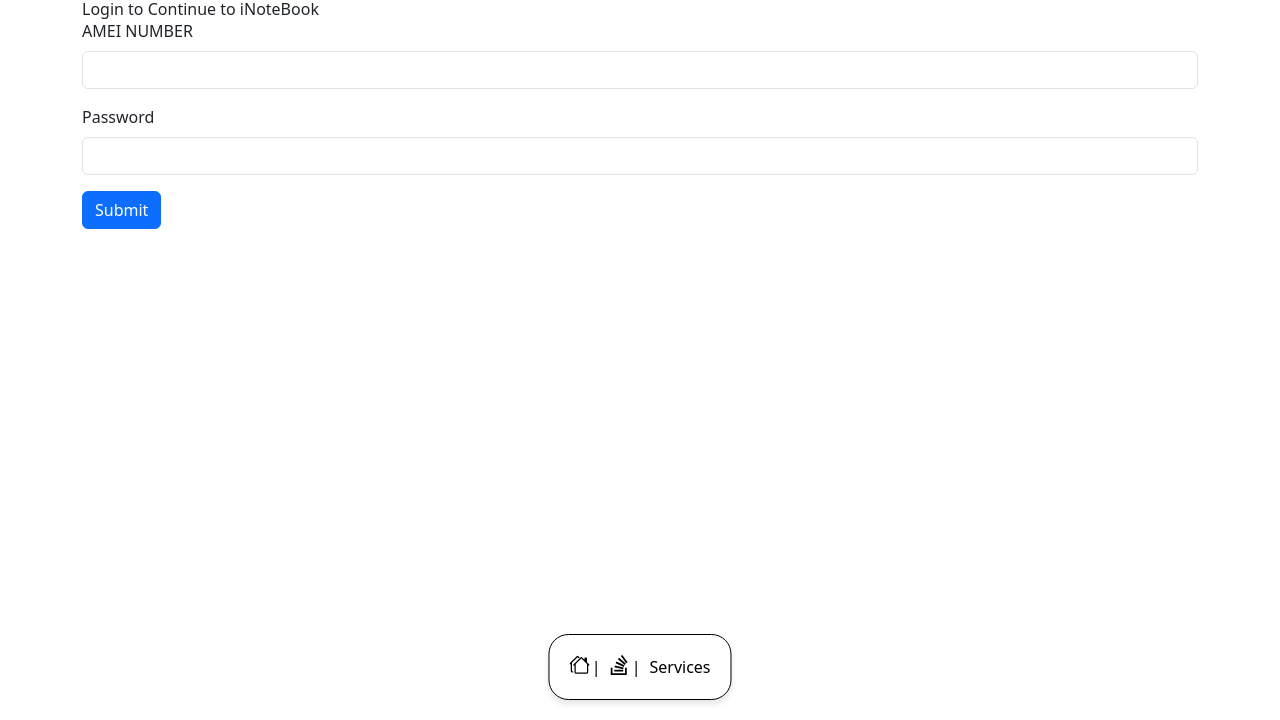
Repository: shash0708/GMR-Lines
Page: /login (app in frontend/)
These files come from the project's save history. The page is drawn as it stood at one moment and after the next save; the edit follows.
The browser window is 1280 px wide. The pictures show the whole page.
The page's requests for data from a server got no answer. The project was rebuilt for these pictures with package versions that can differ from the ones it lists, and the page was loaded fresh each time. No one was signed in, and anything a server would have sent is missing. Also part of the build but not shown: frontend/src/components/Buttons/Buttons.component.jsx, frontend/src/components/Home/Home.component.jsx, frontend/src/components/Form/Form.css, frontend/src/components/speedDail/SpeedDail.component.jsx, frontend/src/components/Form/Form.component.jsx, frontend/src/components/Card/Card.jsx, frontend/src/components/Card/Card.css, frontend/src/components/Card/Card.component.jsx and 4 more.

Above is the page before, as saved 2024-09-08 23:31:05.

### frontend/public/index.html
<!DOCTYPE html>
<html lang="en">
  <head>
    <meta charset="utf-8" />
    <link rel="icon" href="%PUBLIC_URL%/favicon.ico" />
    <meta name="viewport" content="width=device-width, initial-scale=1" />
    <meta name="theme-color" content="#000000" />
    <meta name="description" content="Web site created using create-react-app" />
    <link rel="apple-touch-icon" href="%PUBLIC_URL%/logo192.png" />
    <!--
      manifest.json provides metadata used when your web app is installed on a
      user's mobile device or desktop. See https://developers.google.com/web/fundamentals/web-app-manifest/
    -->
    <link rel="manifest" href="%PUBLIC_URL%/manifest.json" />
    <!--
      Notice the use of %PUBLIC_URL% in the tags above.
      It will be replaced with the URL of the `public` folder during the build.
      Only files inside the `public` folder can be referenced from the HTML.

      Unlike "/favicon.ico" or "favicon.ico", "%PUBLIC_URL%/favicon.ico" will
      work correctly both with client-side routing and a non-root public URL.
      Learn how to configure a non-root public URL by running `npm run build`.
    -->
    <link href="https://cdn.jsdelivr.net/npm/bootstrap@5.3.3/dist/css/bootstrap.min.css" rel="stylesheet" integrity="sha384-QWTKZyjpPEjISv5WaRU9OFeRpok6YctnYmDr5pNlyT2bRjXh0JMhjY6hW+ALEwIH" crossorigin="anonymous">

    <title>Log Book</title>
  </head>
  <script src="https://cdn.jsdelivr.net/npm/bootstrap@5.3.3/dist/js/bootstrap.bundle.min.js" integrity="sha384-YvpcrYf0tY3lHB60NNkmXc5s9fDVZLESaAA55NDzOxhy9GkcIdslK1eN7N6jIeHz" crossorigin="anonymous"></script>
  <script src="https://cdn.jsdelivr.net/npm/@popperjs/core@2.11.8/dist/umd/popper.min.js" integrity="sha384-I7E8VVD/ismYTF4hNIPjVp/Zjvgyol6VFvRkX/vR+Vc4jQkC+hVqc2pM8ODewa9r" crossorigin="anonymous"></script>
  <script src="https://cdn.jsdelivr.net/npm/bootstrap@5.3.3/dist/js/bootstrap.min.js" integrity="sha384-0pUGZvbkm6XF6gxjEnlmuGrJXVbNuzT9qBBavbLwCsOGabYfZo0T0to5eqruptLy" crossorigin="anonymous"></script>
  <body>
    <noscript>You need to enable JavaScript to run this app.</noscript>
    <div id="root"></div>
    <!--
      This HTML file is a template.
      If you open it directly in the browser, you will see an empty page.

      You can add webfonts, meta tags, or analytics to this file.
      The build step will place the bundled scripts into the <body> tag.

      To begin the development, run `npm start` or `yarn start`.
      To create a production bundle, use `npm run build` or `yarn build`.
    -->
  </body>
</html>

### frontend/src/App.js
import './App.css';
import { BrowserRouter as Router, Route, Routes } from 'react-router-dom';

import 'primereact/resources/themes/saga-blue/theme.css';
import 'primereact/resources/primereact.min.css';
import { PrimeReactProvider } from 'primereact/api';
import Home from '../src/components/Home/Home.component'
import Form from './components/Form/Form.component';
import Cards from './components/Card/Card.component';
import Data from './components/Data/Data.component';
import Navbar from './components/Header/Header.component'
import Login from './components/Login/Login.component';
import Signup from './components/SignUp/Signup.component';
import PdfComponent from './components/Pdf/PdfComponent';
import { LogsProvider } from './context/LogContext';
function App() {
  return (
    <LogsProvider>
    <PrimeReactProvider>
<Router>
<Navbar />

      <Routes>
      {/* <Navbar/> */}

        <Route path="/" element={<Home />} />
        <Route path='/login' element={<Login/>}/>
        <Route path='/signup' element={<Signup/>}/>
        <Route path="/form" element={<Form />} />
        <Route path="/past-records" element={<Cards />} />
        <Route path="/data/:id" element={<Data />} />
        <Route path="/pdf" element={<PdfComponent/>}/>
      </Routes>
    </Router>
</PrimeReactProvider>
</LogsProvider>
  );
}

export default App;

### frontend/src/serviceWorkerRegistration.js
// This optional code is used to register a service worker.
// register() is not called by default.

// This lets the app load faster on subsequent visits in production, and gives
// it offline capabilities. However, it also means that developers (and users)
// will only see deployed updates on subsequent visits to a page, after all the
// existing tabs open on the page have been closed, since previously cached
// resources are updated in the background.

// To learn more about the benefits of this model and instructions on how to
// opt-in, read https://cra.link/PWA

const isLocalhost = Boolean(
  window.location.hostname === 'localhost' ||
    // [::1] is the IPv6 localhost address.
    window.location.hostname === '[::1]' ||
    // 127.0.0.0/8 are considered localhost for IPv4.
    window.location.hostname.match(/^127(?:\.(?:25[0-5]|2[0-4][0-9]|[01]?[0-9][0-9]?)){3}$/)
);

export function register(config) {
  if (process.env.NODE_ENV === 'production' && 'serviceWorker' in navigator) {
    // The URL constructor is available in all browsers that support SW.
    const publicUrl = new URL(process.env.PUBLIC_URL, window.location.href);
    if (publicUrl.origin !== window.location.origin) {
      // Our service worker won't work if PUBLIC_URL is on a different origin
      // from what our page is served on. This might happen if a CDN is used to
      // serve assets; see https://github.com/facebook/create-react-app/issues/2374
      return;
    }

    window.addEventListener('load', () => {
      const swUrl = `${process.env.PUBLIC_URL}/service-worker.js`;

      if (isLocalhost) {
        // This is running on localhost. Let's check if a service worker still exists or not.
        checkValidServiceWorker(swUrl, config);

        // Add some additional logging to localhost, pointing developers to the
        // service worker/PWA documentation.
        navigator.serviceWorker.ready.then(() => {
          console.log(
            'This web app is being served cache-first by a service ' +
              'worker. To learn more, visit https://cra.link/PWA'
          );
        });
      } else {
        // Is not localhost. Just register service worker
        registerValidSW(swUrl, config);
      }
    });
  }
}

function registerValidSW(swUrl, config) {
  navigator.serviceWorker
    .register(swUrl)
    .then((registration) => {
      registration.onupdatefound = () => {
        const installingWorker = registration.installing;
        if (installingWorker == null) {
          return;
        }
        installingWorker.onstatechange = () => {
          if (installingWorker.state === 'installed') {
            if (navigator.serviceWorker.controller) {
              // At this point, the updated precached content has been fetched,
              // but the previous service worker will still serve the older
              // content until all client tabs are closed.
              console.log(
                'New content is available and will be used when all ' +
                  'tabs for this page are closed. See https://cra.link/PWA.'
              );

              // Execute callback
              if (config && config.onUpdate) {
                config.onUpdate(registration);
              }
            } else {
              // At this point, everything has been precached.
              // It's the perfect time to display a
              // "Content is cached for offline use." message.
              console.log('Content is cached for offline use.');

              // Execute callback
              if (config && config.onSuccess) {
                config.onSuccess(registration);
              }
            }
          }
        };
      };
    })
    .catch((error) => {
      console.error('Error during service worker registration:', error);
    });
}

function checkValidServiceWorker(swUrl, config) {
  // Check if the service worker can be found. If it can't reload the page.
  fetch(swUrl, {
    headers: { 'Service-Worker': 'script' },
  })
    .then((response) => {
      // Ensure service worker exists, and that we really are getting a JS file.
      const contentType = response.headers.get('content-type');
      if (
        response.status === 404 ||
        (contentType != null && contentType.indexOf('javascript') === -1)
      ) {
        // No service worker found. Probably a different app. Reload the page.
        navigator.serviceWorker.ready.then((registration) => {
          registration.unregister().then(() => {
            window.location.reload();
          });
        });
      } else {
        // Service worker found. Proceed as normal.
        registerValidSW(swUrl, config);
      }
    })
    .catch(() => {
      console.log('No internet connection found. App is running in offline mode.');
    });
}

export function unregister() {
  if ('serviceWorker' in navigator) {
    navigator.serviceWorker.ready
      .then((registration) => {
        registration.unregister();
      })
      .catch((error) => {
        console.error(error.message);
      });
  }
}

### frontend/src/components/Header/Header.component.jsx
import React, { useEffect, useState, useRef } from 'react';
import './Navbar.css';

const Navbar = () => {
  const [showNavbar, setShowNavbar] = useState(true);
  const [lastScrollTop, setLastScrollTop] = useState(0);
  const [scrollTimeout, setScrollTimeout] = useState(null);

  const handleScroll = () => {
    const currentScrollTop = window.pageYOffset || document.documentElement.scrollTop;

    // Clear the previous timeout if it exists
    if (scrollTimeout) {
      clearTimeout(scrollTimeout);
    }

    // Set a timeout to update the Navbar visibility after scrolling stops
    const newScrollTimeout = setTimeout(() => {
      if (currentScrollTop > lastScrollTop) {
        // Scrolling down
        setShowNavbar(false);
      } else if (currentScrollTop < lastScrollTop) {
        // Scrolling up
        setShowNavbar(true);
      }

      setLastScrollTop(currentScrollTop <= 0 ? 0 : currentScrollTop);
    }, 100); // Delay in milliseconds to wait before hiding/showing Navbar

    setScrollTimeout(newScrollTimeout);
  };

  useEffect(() => {
    window.addEventListener('scroll', handleScroll);
    return () => {
      window.removeEventListener('scroll', handleScroll);
      if (scrollTimeout) {
        clearTimeout(scrollTimeout);
      }
    };
  }, [scrollTimeout, lastScrollTop]);

  return (
    <div className={`navbar ${showNavbar ? 'show' : 'hide'}`}>
      <div className="navbar-items">
        <a href="#home"><svg xmlns="http://www.w3.org/2000/svg" width="20" height="20" fill="currentColor" class="bi bi-houses" viewBox="0 0 16 16">
  <path d="M5.793 1a1 1 0 0 1 1.414 0l.647.646a.5.5 0 1 1-.708.708L6.5 1.707 2 6.207V12.5a.5.5 0 0 0 .5.5.5.5 0 0 1 0 1A1.5 1.5 0 0 1 1 12.5V7.207l-.146.147a.5.5 0 0 1-.708-.708zm3 1a1 1 0 0 1 1.414 0L12 3.793V2.5a.5.5 0 0 1 .5-.5h1a.5.5 0 0 1 .5.5v3.293l1.854 1.853a.5.5 0 0 1-.708.708L15 8.207V13.5a1.5 1.5 0 0 1-1.5 1.5h-8A1.5 1.5 0 0 1 4 13.5V8.207l-.146.147a.5.5 0 1 1-.708-.708zm.707.707L5 7.207V13.5a.5.5 0 0 0 .5.5h8a.5.5 0 0 0 .5-.5V7.207z"/>
</svg></a>
        <a href="#about"><svg xmlns="http://www.w3.org/2000/svg" width="20" height="20" fill="currentColor" class="bi bi-stack-overflow" viewBox="0 0 16 16">
  <path d="M12.412 14.572V10.29h1.428V16H1v-5.71h1.428v4.282z"/>
  <path d="M3.857 13.145h7.137v-1.428H3.857zM10.254 0 9.108.852l4.26 5.727 1.146-.852zm-3.54 3.377 5.484 4.567.913-1.097L7.627 2.28l-.914 1.097zM4.922 6.55l6.47 3.013.603-1.294-6.47-3.013zm-.925 3.344 6.985 1.469.294-1.398-6.985-1.468z"/>
</svg></a>
        <a href="#services">Services</a>
        {/* <a href="#contact">Contact</a> */}
      </div>
    </div>
  );
};

export default Navbar;

### frontend/src/components/Login/Login.component.jsx
import React, { useState } from 'react';
import { useNavigate } from 'react-router-dom';
import useDocumentTitle from '../hooks/useDocumentTitle';
import URL from '../config'
const Login = (props) => {
  useDocumentTitle('Login'); // Set the document title for this page

  const [credentials, setCredentials] = useState({ AME: "", password: "" });
  let navigate = useNavigate();

  const handleSubmit = async (e) => {
    e.preventDefault();

    try {
      const response = await fetch(`${URL}/api/login`, {
        method: 'POST',
        headers: {
          'Content-Type': 'application/json'
        },
        body: JSON.stringify({ AME: credentials.AME, password: credentials.password })
      });

      const json = await response.json();
      console.log(json);

      if (json.success) {
        // Save the auth token and redirect
        localStorage.setItem('token', json.authtoken);
        alert("Logged in Successfully");
        navigate('/');
      } else {
        alert("Invalid Credentials");
      }
    } catch (error) {
      console.error("There was an error with the login request:", error);
      alert("An error occurred. Please try again later.");
    }
  }

  const onChange = (e) => {
    setCredentials({ ...credentials, [e.target.name]: e.target.value });
  }

  return (
    <div className='container'>
      <h1>Login to Continue to iNoteBook</h1>
      <form onSubmit={handleSubmit}>
        <div className="mb-3">
          <label htmlFor="AME" className="form-label">AMEI NUMBER</label>
          <input
            type="text"
            className="form-control"
            name="AME"
            id="AME"
            value={credentials.AME}
            onChange={onChange}
            required
          />
        </div>
        <div className="mb-3">
          <label htmlFor="password" className="form-label">Password</label>
          <input
            type="password"
            className="form-control"
            name="password"
            id="password"
            value={credentials.password}
            onChange={onChange}
            required
          />
        </div>
        <button type="submit" className="btn btn-primary">Submit</button>
      </form>
    </div>
  );
}

export default Login;

### frontend/src/context/LogContext.js
// LogsContext.js
import React, { createContext, useState, useEffect } from 'react';
import axios from 'axios';
import URL from '../components/config';
const LogsContext = createContext();

export const LogsProvider = ({ children }) => {
  const [logs, setLogs] = useState([]);
  const [filteredLogs, setFilteredLogs] = useState([]);
  const [searchTerm, setSearchTerm] = useState('');
  const [selectedLogs, setSelectedLogs] = useState([]);

  useEffect(() => {
    const fetchLogs = async () => {
      try {
        const response = await axios.get(`${URL}/getlogs/entries`, {
          headers: {
            'auth-token': localStorage.getItem('token'),
          },
        });

        setLogs(response.data);
        setFilteredLogs(response.data);
      } catch (error) {
        console.error('Error fetching logs:', error);
      }
    };
    fetchLogs();
  }, []);

  useEffect(() => {
    const handleSearch = () => {
      const lowerCaseSearchTerm = searchTerm.toLowerCase();
      const filtered = logs.filter((log) => {
        const logId = String(log.Toa);
        return logId.toLowerCase().includes(lowerCaseSearchTerm);
      });
      setFilteredLogs(filtered);
    };

    handleSearch();
  }, [searchTerm, logs]);

  const handleSelect = (log) => {
    setSelectedLogs((prev) => {
      const isSelected = prev.includes(log);
      if (isSelected) {
        return prev.filter((selectedLog) => selectedLog !== log);
      }

      if (prev.length >= 7) {
        return prev;
      }

      return [...prev, log];
    });
  };

  return (
    <LogsContext.Provider
      value={{
        logs,
        filteredLogs,
        searchTerm,
        setSearchTerm,
        selectedLogs,
        handleSelect,
        setFilteredLogs,
      }}
    >
      {children}
    </LogsContext.Provider>
  );
};

export default LogsContext;

### frontend/src/components/hooks/useDocumentTitle.js
// src/hooks/useDocumentTitle.js
import { useEffect } from 'react';

const useDocumentTitle = (title) => {
  useEffect(() => {
    document.title = title;
  }, [title]);
};

export default useDocumentTitle;

### frontend/src/components/config.js
// src/config.js
const URL = "http://localhost:5000";

export default URL;

// `${URL}

### frontend/src/components/Header/Navbar.css
/* Navbar.css */
.navbar {
    display: flex;
    border-radius: 20px;
    align-items: center;
    border: 1px solid black;
    justify-content: center;
    position: fixed;
    bottom: 20px; /* Adjust as needed */
    left: 50%;
    transform: translateX(-50%);
    background-color: #ffffff;
    color: rgb(0, 0, 0);
    padding: 10px;
    width: auto; /* Adjust width based on content */
    box-shadow: 0 4px 6px rgba(0, 0, 0, 0.1); /* Optional */
    z-index: 1000; /* Optional */
    transition: width 0.3s ease, opacity 0.3s ease, transform 0.3s ease; /* Smooth transitions */
    opacity: 0; /* Hidden by default */
}

.navbar.show {
    opacity: 1; /* Show Navbar */
}

.navbar.hide {
    opacity: 0; /* Hide Navbar */
    pointer-events: none; /* Prevent interaction when hidden */
}

.navbar:hover {
    width: 300px; /* Adjust width on hover */
    transform: translateX(-50%) scale(1.05); /* Center Navbar and slightly zoom out */
}

.navbar-items {
    display: flex;
}

.navbar-items a {
    color: rgb(0, 0, 0);
    text-decoration: none;
    padding: 10px;
    position: relative; /* Needed for pseudo-element positioning */
    transition: transform 0.1s ease; /* Smooth zoom effect for icons */
}

.navbar-items a:not(:last-child)::after {
    content: "|"; /* Separator character */
    position: absolute;
    right: -1px; /* Adjust position */
    top: 50%;
    transform: translateY(-50%);
    color: rgb(0, 0, 0); /* Separator color */
}

.navbar-items a:hover {
    border-radius: 20px;
    transform: scale(1.1); /* Zoom in on hover */
}

@media (max-width: 768px) {
    .navbar {
        flex-direction: column;
        bottom: 10px;
        width: auto; /* Adjust width for smaller screens */
    }

    .navbar-content {
        margin-bottom: 5px;
    }
}

### frontend/tailwind.config.js
/** @type {import('tailwindcss').Config} */
module.exports = {
  content: [
    "./src/**/*.{js,ts,jsx,tsx}",  // Adjust the paths as needed
    "./public/**/*.html",           // Include HTML files if used
  ],
  theme: {
    extend: {
      // Custom theme extensions go here
      colors: {
        primary: '#ff6347',  // Example custom color
      },
      fontFamily: {
        sans: ['Helvetica', 'Arial', 'sans-serif'],
      },
    },
  },
  plugins: [
    // Add any Tailwind CSS plugins here
  ],
};


module.exports ={
  "compilerOptions": {
    "baseUrl": ".",
    "paths": {
      "@/*": ["src/*"]
    }
  }
}

Loaded but not shown: frontend/src/index.js (common file); frontend/src/index.css (common file); frontend/src/reportWebVitals.js (common file); frontend/src/App.css (common file); frontend/src/components/Data/Data.css (no stored copy; drawn as an empty file)

After the next save:
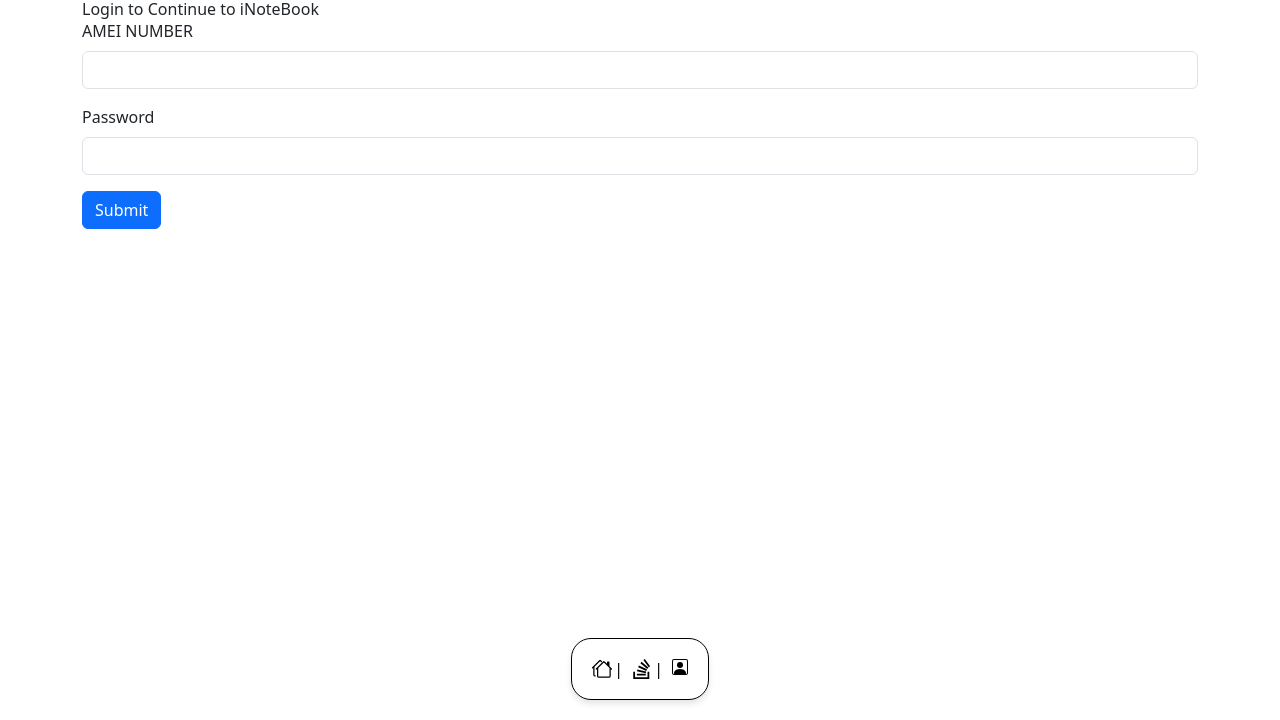
Saved 3 min 59 s later.
--- a/frontend/src/components/Header/Header.component.jsx
+++ b/frontend/src/components/Header/Header.component.jsx
@@ -50,7 +50,10 @@
   <path d="M12.412 14.572V10.29h1.428V16H1v-5.71h1.428v4.282z"/>
   <path d="M3.857 13.145h7.137v-1.428H3.857zM10.254 0 9.108.852l4.26 5.727 1.146-.852zm-3.54 3.377 5.484 4.567.913-1.097L7.627 2.28l-.914 1.097zM4.922 6.55l6.47 3.013.603-1.294-6.47-3.013zm-.925 3.344 6.985 1.469.294-1.398-6.985-1.468z"/>
 </svg></a>
-        <a href="#services">Services</a>
+        <a href="#services"><svg xmlns="http://www.w3.org/2000/svg" width="16" height="16" fill="currentColor" class="bi bi-person-square" viewBox="0 0 16 16">
+  <path d="M11 6a3 3 0 1 1-6 0 3 3 0 0 1 6 0"/>
+  <path d="M2 0a2 2 0 0 0-2 2v12a2 2 0 0 0 2 2h12a2 2 0 0 0 2-2V2a2 2 0 0 0-2-2zm12 1a1 1 0 0 1 1 1v12a1 1 0 0 1-1 1v-1c0-1-1-4-6-4s-6 3-6 4v1a1 1 0 0 1-1-1V2a1 1 0 0 1 1-1z"/>
+</svg></a>
         {/* <a href="#contact">Contact</a> */}
       </div>
     </div>
